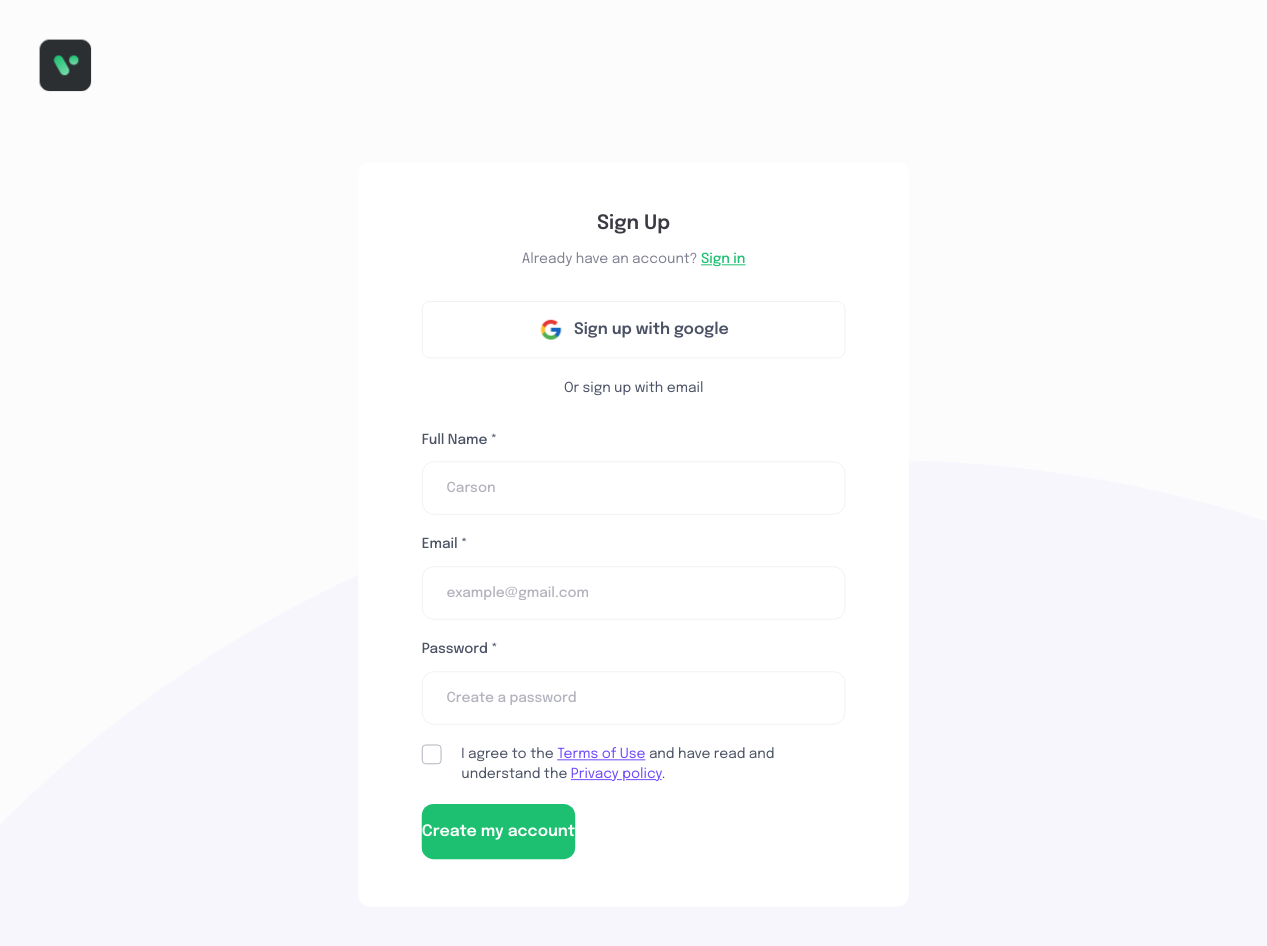
Repository: CarsonDev1/Crowfunding
Page: /sign-up
The author's editor kept a copy of each file at every save. The page is drawn from the files as they stood at one save, then again after the next save.
The browser window is 1280 px wide. The pictures show the whole page, at 99% of full size.
The project was rebuilt for these pictures with package versions that can differ from the ones it lists, and the page was loaded fresh each time. Also part of the build but not shown: src/components/common/ErrorComponent.jsx, src/pages/SignIn.jsx.

Above is the page before, as saved 2023-04-07 11:44:02.

After the next save:
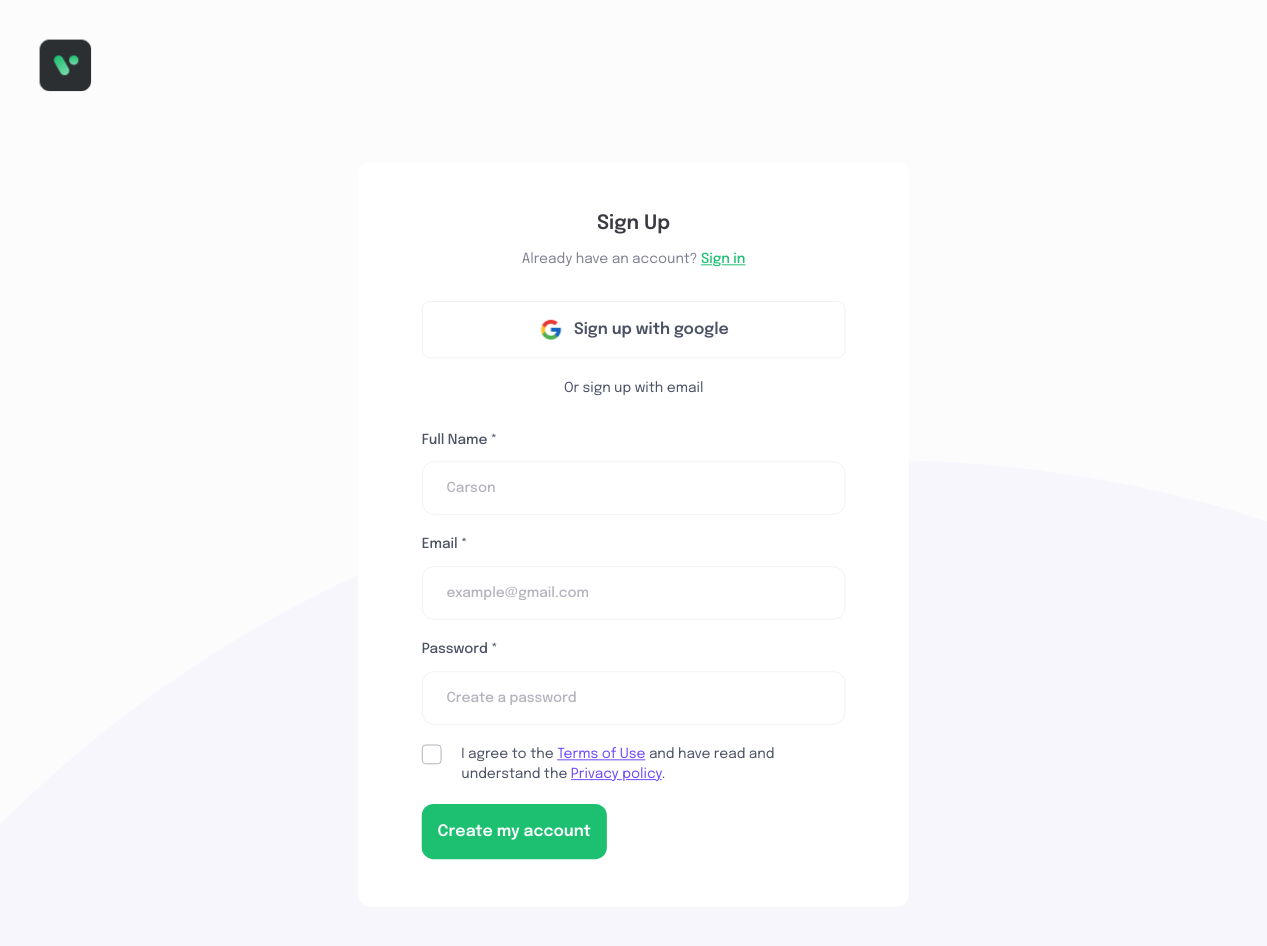
Saved 17 s later.
--- a/src/components/button/Button.jsx
+++ b/src/components/button/Button.jsx
@@ -4,7 +4,7 @@ import PropsTypes from "prop-types";
 function Button({ type = "button", children, className = "" }) {
 	return (
 		<button
-			className={`flex items-center justify-center py-4 text-base font-semibold rounded-xl text-white ${className}`}
+			className={`flex items-center justify-center p-4 text-base font-semibold rounded-xl text-white ${className}`}
 			type={type}
 		>
 			{children}
